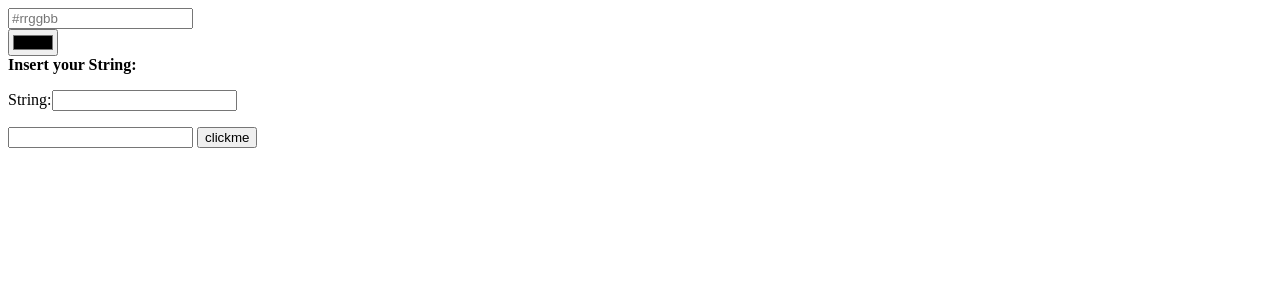
Repository: Micheal11/ReverseStringAssignment
Page: src/MyWidget/widget/template/MyWidget.html
The author's editor kept a copy of each file at every save. The page is drawn from the files as they stood at one save, then again after the next save.
The browser window is 1280 px wide. The pictures show the whole page.

Above is the page before, as saved 2017-07-14 11:50:02.

### src/MyWidget/widget/template/MyWidget.html


<div class="widgetname">
    <form>
        <div class="input-group" data-dojo-attach-point="inputNodes">
            <input type="text" class="form-control" placeholder="#rrggbb" data-dojo-attach-point="colorInputNode">
            <div class="input-group-addon"><input type="color" data-dojo-attach-point="colorSelectNode"></div>
        </div>
          <div>
                <b>Insert your String:</b>
                <p>String:<input type="text"  name="myString" id="myString"></p>
                <input type="text" data-dojo-attach-point="ss">
                <button type="button" data-dojo-attach-event = "onClick: reversedString">clickme</button>

            </div>
    </form>

    <div class="widgetname-infoTextNode" data-dojo-attach-point="infoTextNode" />
</div>

After the next save:
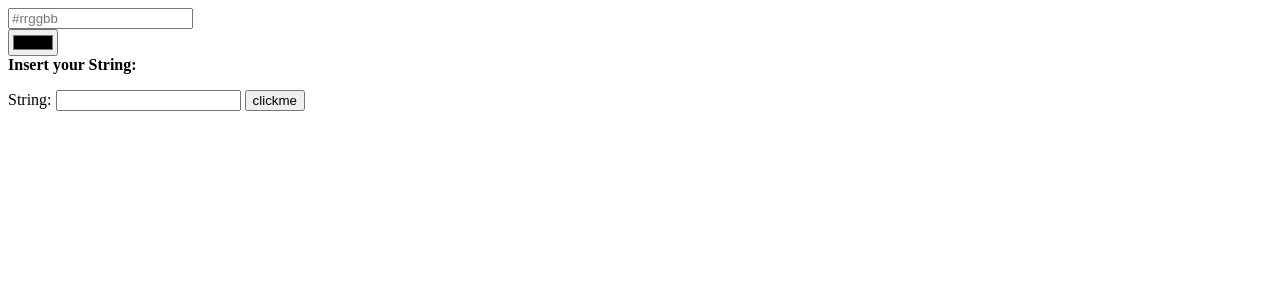
Saved 20 min 49 s later.
--- a/src/MyWidget/widget/template/MyWidget.html
+++ b/src/MyWidget/widget/template/MyWidget.html
@@ -8,8 +8,7 @@
         </div>
           <div>
                 <b>Insert your String:</b>
-                <p>String:<input type="text"  name="myString" id="myString"></p>
-                <input type="text" data-dojo-attach-point="ss">
+                <p>String: <input type="text" data-dojo-attach-point="ss">
                 <button type="button" data-dojo-attach-event = "onClick: reversedString">clickme</button>
 
             </div>
